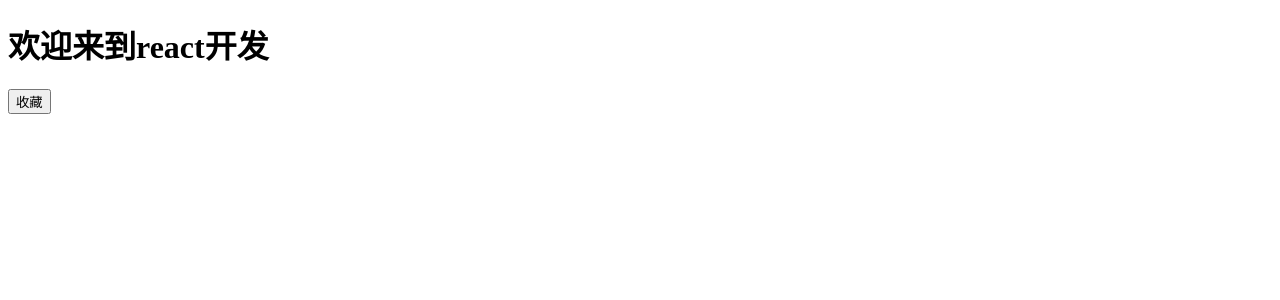
Repository: zenghao518518/React
Page: /
These files come from the project's save history. The page is drawn as it stood at one moment and after the next save; the edit follows.
The browser window is 1280 px wide. The pictures show the whole page.
The project was rebuilt for these pictures with package versions that can differ from the ones it lists, and the page was loaded fresh each time.

Above is the page before, as saved 2023-06-21 18:14:08.

### src/index.js
import React from 'react';
//import ReactDOM from 'react-dom';
import ReactDOM from 'react-dom/client'
//import './01-base/01-class组件'
//ReactDOM.render(<div>111111</div>,document.getElementById('root'))                    //);
//import App from './01-base/01-class组件'
//import App from './01-base/02-函数式组件'
//import App from './01-base/03-组件的嵌套'
//import App from './01-base/04-组件的样式'
//import App from './01-base/05-事件绑定-1'
//import App from './01-base/06-事件绑定-2'
//import App from './01-base/07-ref'
import App from './01-base/08-state'
let root = ReactDOM.createRoot(document.getElementById('root'));
//root.render(<div>111111</div>);
root.render(<React.StrictMode><App></App></React.StrictMode>);

### src/01-base/08-state.js
import React, { Component } from 'react'

export default class App extends Component {
//   state={
//     mytext:"收藏",
//     myShow:true
//   }
constructor(){
    super()
    this.state = {
    mytext:"收藏",
    myShow:true,
    myname: "kerwin"
    }
    }


  render() {
    //var text="收藏"
    return (
      <div>
         <h1>欢迎来到react开发</h1>
         <button onClick={()=>{
            this.setState({
                //mytext:"取消收藏"
                myShow:!this.state.myShow
            })
            }}>{this.state.myShow?"收藏":"取消收藏"}</button>
      </div>
    )
  }
}

Loaded but not shown: public/index.html (common file)

After the next save:
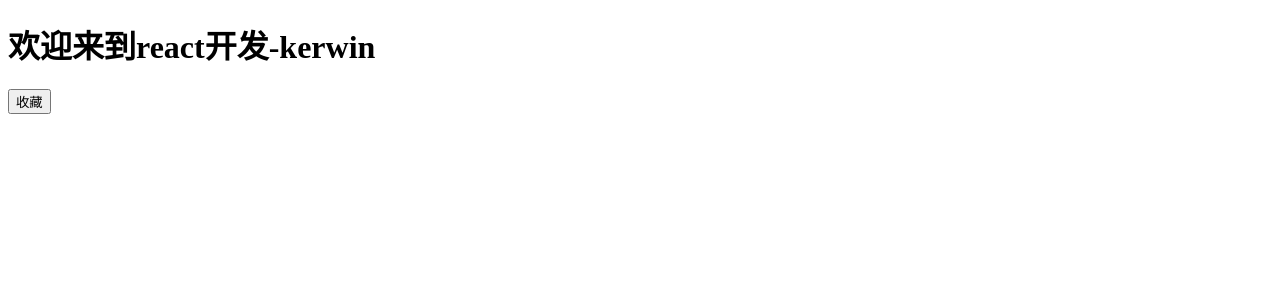
Saved 46 s later.
--- a/src/01-base/08-state.js
+++ b/src/01-base/08-state.js
@@ -19,7 +19,7 @@ constructor(){
     //var text="收藏"
     return (
       <div>
-         <h1>欢迎来到react开发</h1>
+         <h1>欢迎来到react开发-{this.state.myname}</h1>
          <button onClick={()=>{
             this.setState({
                 //mytext:"取消收藏"
